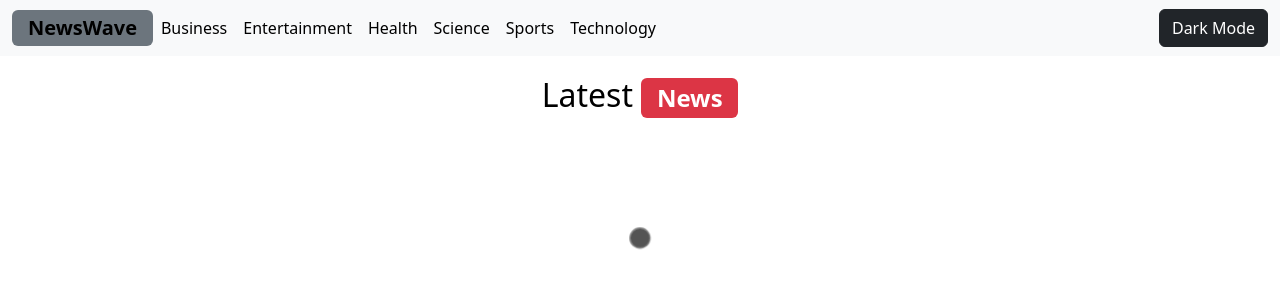
Repository: PranjalTripathi2003/news-wave
Page: /
These files come from the project's save history. The page is drawn as it stood at one moment and after the next save; the edit follows.
The browser window is 1280 px wide. The pictures show the whole page.
The page's requests for data from a server got no answer. The project was rebuilt for these pictures with package versions that can differ from the ones it lists, and the page was loaded fresh each time. No one was signed in, and anything a server would have sent is missing. Also part of the build but not shown: vite.config.js, src/styles/NewsItem.css, src/components/NewsItem.jsx.

Above is the page before, as saved 2024-07-26 20:54:24.

### index.html
<!DOCTYPE html>
<html lang="en">
  <head>
    <meta charset="UTF-8" />
    <meta name="viewport" content="width=device-width, initial-scale=1.0" />
    <title>NewsWave</title>
    <link
      href="https://cdn.jsdelivr.net/npm/bootstrap@5.3.3/dist/css/bootstrap.min.css"
      rel="stylesheet"
      integrity="sha384-QWTKZyjpPEjISv5WaRU9OFeRpok6YctnYmDr5pNlyT2bRjXh0JMhjY6hW+ALEwIH"
      crossorigin="anonymous"
    />
    <link rel="icon" href="data:[embedded picture, 141 characters]">
  </head>
  <body>
    <div id="root"></div>
    <script type="module" src="/src/main.jsx"></script>
    <script
      src="https://cdn.jsdelivr.net/npm/bootstrap@5.3.3/dist/js/bootstrap.bundle.min.js"
      integrity="sha384-YvpcrYf0tY3lHB60NNkmXc5s9fDVZLESaAA55NDzOxhy9GkcIdslK1eN7N6jIeHz"
      crossorigin="anonymous"
    ></script>
  </body>
</html>

### src/App.jsx
import React, { useState, useEffect } from "react";
import Navbar from "./components/Navbar";
import NewsBoard from "./components/NewsBoard";
import "./styles/DarkMode.css";

const App = () => {
  const [category, setCategory] = useState("general");
  const [darkMode, setDarkMode] = useState(false);

  const toggleDarkMode = () => {
    setDarkMode(!darkMode);
  };

  useEffect(() => {
    document.body.className = darkMode ? "dark-mode" : "light-mode";
  }, [darkMode]);

  return (
    <>
      <Navbar
        setCategory={setCategory}
        darkMode={darkMode}
        toggleDarkMode={toggleDarkMode}
      />
      <NewsBoard category={category} darkMode={darkMode} />
    </>
  );
};

export default App;

### src/components/Navbar.jsx
import React from "react";
import "../styles/Navbar.css"; // Adjust the path as necessary

const Navbar = ({ setCategory, toggleDarkMode, darkMode }) => {
  return (
    <nav
      className={`navbar navbar-expand-lg ${
        darkMode ? "navbar-dark bg-dark" : "navbar-light bg-light"
      }`}
    >
      <div className="container-fluid">
        <span
          className={`badge text-bg-secondary ${
            darkMode ? "text-light" : "text-dark"
          }`}
          onClick={() => setCategory("general")}
          style={{
            cursor: "pointer",
            fontSize: "1.25rem",
            padding: "0.5rem 1rem",
          }}
        >
          NewsWave
        </span>
        <button
          className="navbar-toggler"
          type="button"
          data-bs-toggle="collapse"
          data-bs-target="#navbarNav"
          aria-controls="navbarNav"
          aria-expanded="false"
          aria-label="Toggle navigation"
        >
          <span className="navbar-toggler-icon"></span>
        </button>
        <div className="collapse navbar-collapse" id="navbarNav">
          <ul className="navbar-nav me-auto mb-2 mb-lg-0">
            <li className="nav-item">
              <a
                className={`nav-link ${darkMode ? "text-light" : "text-dark"}`}
                onClick={() => setCategory("business")}
              >
                Business
              </a>
            </li>
            <li className="nav-item">
              <a
                className={`nav-link ${darkMode ? "text-light" : "text-dark"}`}
                onClick={() => setCategory("entertainment")}
              >
                Entertainment
              </a>
            </li>
            <li className="nav-item">
              <a
                className={`nav-link ${darkMode ? "text-light" : "text-dark"}`}
                onClick={() => setCategory("health")}
              >
                Health
              </a>
            </li>
            <li className="nav-item">
              <a
                className={`nav-link ${darkMode ? "text-light" : "text-dark"}`}
                onClick={() => setCategory("science")}
              >
                Science
              </a>
            </li>
            <li className="nav-item">
              <a
                className={`nav-link ${darkMode ? "text-light" : "text-dark"}`}
                onClick={() => setCategory("sports")}
              >
                Sports
              </a>
            </li>
            <li className="nav-item">
              <a
                className={`nav-link ${darkMode ? "text-light" : "text-dark"}`}
                onClick={() => setCategory("technology")}
              >
                Technology
              </a>
            </li>
          </ul>
          <div className="d-flex align-items-center">
            <button
              className={`btn ${darkMode ? "btn-light" : "btn-dark"}`}
              onClick={toggleDarkMode}
            >
              {darkMode ? "Light Mode" : "Dark Mode"}
            </button>
          </div>
        </div>
      </div>
    </nav>
  );
};

export default Navbar;

### src/components/NewsBoard.jsx
import React, { useEffect, useState } from "react";
import NewsItem from "./NewsItem";
import Spinner from "./Spinner";
import "../styles/NewsBoard.css";

const NewsBoard = ({ category, darkMode }) => {
  const [articles, setArticles] = useState([]);
  const [loading, setLoading] = useState(true);

  useEffect(() => {
    setLoading(true);
    let url = `https://newsapi.org/v2/top-headlines?country=in&category=${category}&apiKey=${
      import.meta.env.VITE_API_KEY
    }`;
    fetch(url).then((response) => {
      response.json().then((data) => {
        setArticles(data.articles);
        setLoading(false);
      });
    });
  }, [category]);

  return (
    <div className={darkMode ? "dark-mode" : "light-mode"}>
      <h2 className="text-center header-margin">
        Latest <span className="badge bg-danger">News</span>
      </h2>
      {loading ? (
        <Spinner />
      ) : (
        articles.map((news, index) => {
          return (
            <NewsItem
              key={index}
              title={news.title}
              description={news.description}
              src={news.urlToImage}
              url={news.url}
              darkMode={darkMode} // Pass dark mode state
            />
          );
        })
      )}
    </div>
  );
};

export default NewsBoard;

### src/styles/DarkMode.css
/* DarkMode.css */
body.dark-mode {
  background-color: #2E2E2E; /* Graying dark background */
  color: #ffffff;
}

body.light-mode {
  background-color: #ffffff;
  color: #000000;
}

.navbar-dark {
  background-color: #343a40 !important;
}

.navbar-light {
  background-color: #f8f9fa !important;
}

.bg-dark {
  background-color: #343a40 !important;
}

.text-light {
  color: #ffffff !important;
}

### src/styles/Navbar.css
/* Navbar.css */
.nav-link,
.container-fluid {
  cursor: pointer;
}
.text-light {
  color: #ffffff !important;
}

.text-dark {
  color: #000000 !important;
}

### src/components/Spinner.jsx
import React from "react";
import "../styles/Spinner.css";

const Spinner = () => {
  return (
    <div className="spinner">
      <div className="double-bounce1"></div>
      <div className="double-bounce2"></div>
    </div>
  );
};

export default Spinner;

### src/styles/NewsBoard.css
.news-board {
  display: flex;
  flex-wrap: wrap;
  justify-content: center;
}
.header-margin {
  margin-top: 20px; /* Adjust the value as needed */
}

### src/styles/Spinner.css
/* Spinner.css */
.spinner {
  width: 40px;
  height: 40px;
  position: relative;
  margin: 100px auto;
}

.double-bounce1,
.double-bounce2 {
  width: 100%;
  height: 100%;
  border-radius: 50%;
  background-color: #333;
  opacity: 0.6;
  position: absolute;
  top: 0;
  left: 0;
  animation: sk-bounce 2.0s infinite ease-in-out;
}

.double-bounce2 {
  animation-delay: -1.0s;
}

@keyframes sk-bounce {
  0%,
  100% {
    transform: scale(0);
  }
  50% {
    transform: scale(1);
  }
}

/* Dark mode styles */
body.dark-mode .spinner .double-bounce1,
body.dark-mode .spinner .double-bounce2 {
  background-color: #ffffff; /* White color for dark mode */
}

Loaded but not shown: src/main.jsx (common file)

After the next save:
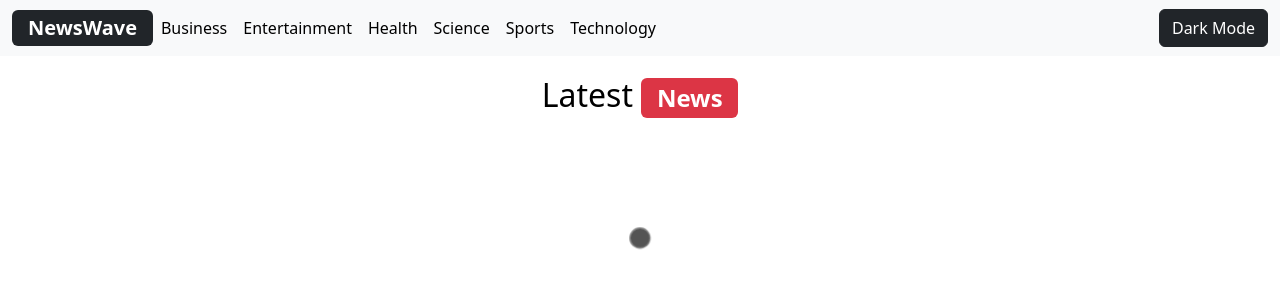
Saved 79 s later.
--- a/src/components/Navbar.jsx
+++ b/src/components/Navbar.jsx
@@ -10,9 +10,7 @@ const Navbar = ({ setCategory, toggleDarkMode, darkMode }) => {
     >
       <div className="container-fluid">
         <span
-          className={`badge text-bg-secondary ${
-            darkMode ? "text-light" : "text-dark"
-          }`}
+          className={`badge ${darkMode ? "text-bg-light" : "text-bg-dark"}`}
           onClick={() => setCategory("general")}
           style={{
             cursor: "pointer",
